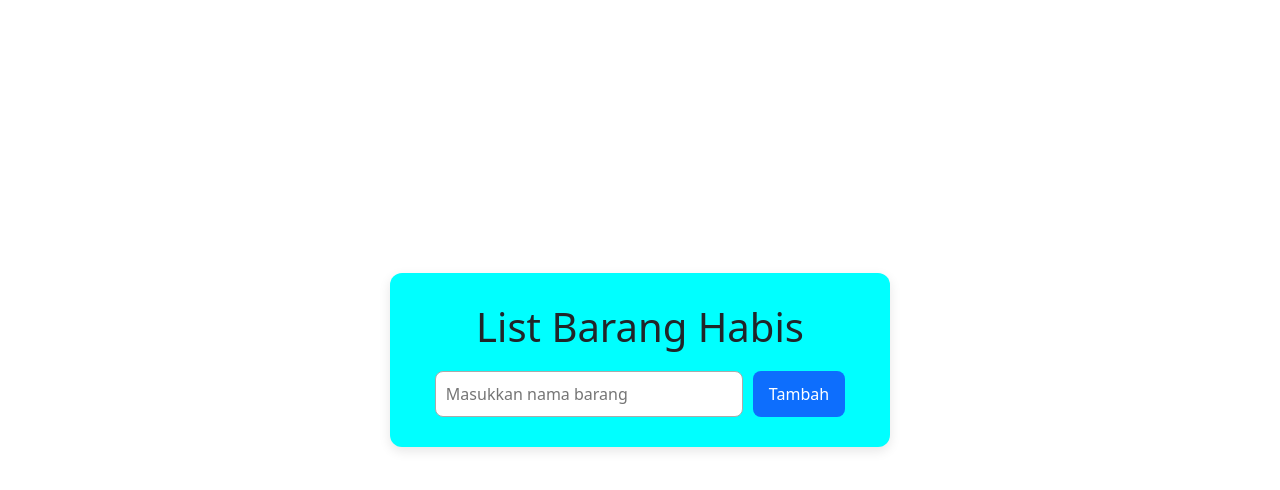
Repository: amorysdeo/dirumah
Page: index.html
These files come from the project's save history. The page is drawn as it stood at one moment and after a run of saves; the edit follows.
The browser window is 1280 px wide. The pictures show the whole page.

Above is the page before, as saved 2025-11-27 11:56:16.

After the next 2 saves:
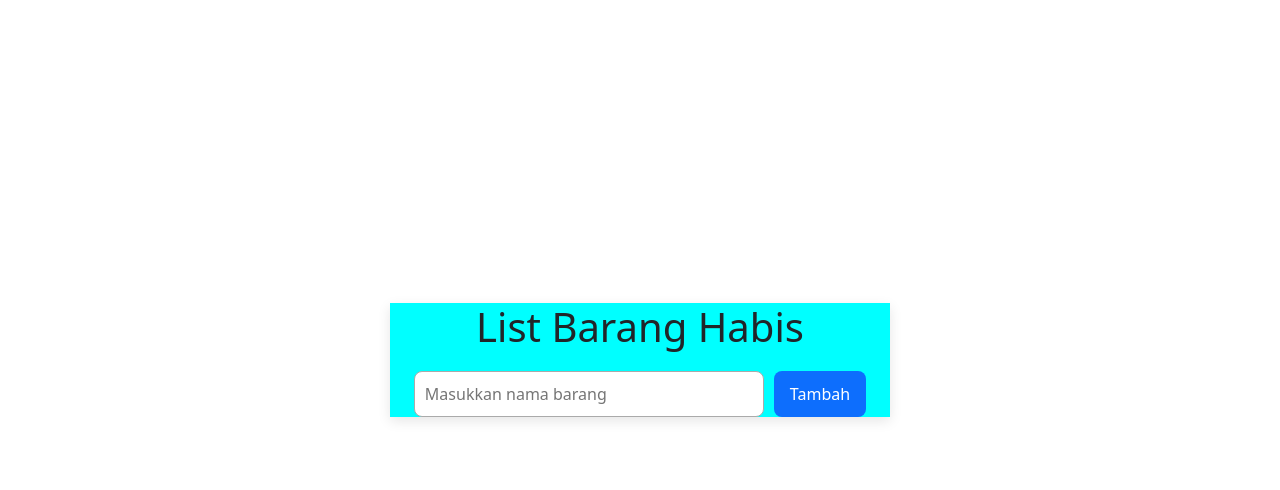
The 2 saves are shown as one change because they came seconds apart.
The last was saved 15 s later.
--- a/css.css
+++ b/css.css
@@ -13,8 +13,6 @@ body {
     background-color: aqua;
     width: 75%;
     max-width: 500px;
-    padding: 30px;
-    border-radius: 12px;
     box-shadow: 0 4px 12px rgba(0,0,0,0.1);
     text-align: center; /* semua isi auto center */
 }
